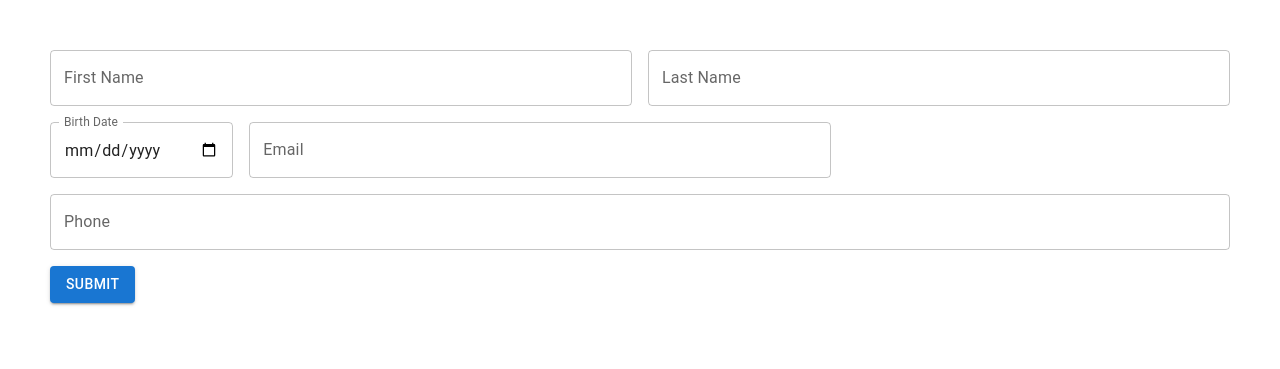
Repository: lenx0/front-client-manager
Page: /
The author's editor kept a copy of each file at every save. The page is drawn from the files as they stood at one save, then again after the next save.
The browser window is 1280 px wide. The pictures show the whole page.
The project was rebuilt for these pictures with package versions that can differ from the ones it lists, and the page was loaded fresh each time. Also part of the build but not shown: vite.config.js, src/App.css.

Above is the page before, as saved 2024-06-25 11:29:45.

### index.html
<!doctype html>
<html lang="en">
  <head>
    <meta charset="UTF-8" />
    <meta name="viewport" content="width=device-width, initial-scale=1.0" />
    <title>Client Manager</title>
  </head>
  <body>
    <div id="root"></div>
    <script type="module" src="/src/main.jsx"></script>
  </body>
</html>

### src/App.jsx
import { Box } from '@mui/material'
import './App.css'
import UserForm from './components/UserForm'

function App() {

  return (
    <Box sx={{ padding: '50px' }}>
      <UserForm />
    </Box>
  )
}

export default App

### src/components/UserForm.jsx
import React from 'react';
import { useForm } from 'react-hook-form';
import CustomInput from './CustomInput';
import { Button, Grid } from '@mui/material';
import axios from 'axios';

const UserForm = () => {
  const { handleSubmit, control, reset } = useForm();

  const onSubmit = async (data) => {
    try {
      const response = await axios.post('http://localhost:3100/v1/users/create', data);
      console.log('Dados enviados com sucesso:', response.data);
      reset();
    } catch (error) {
      console.error('Erro ao enviar dados:', error);
    }
  };

  return (
    <Grid>

    <form onSubmit={handleSubmit(onSubmit)}>
      <Grid container spacing={2}>
        <Grid item xs={6}>
          <CustomInput
            name="firstName"
            control={control}
            label="First Name"
            rules={{ required: 'First name is required' }}
          />
        </Grid>
        <Grid item xs={6}>
          <CustomInput
            name="lastName"
            control={control}
            label="Last Name"
            rules={{ required: 'Last name is required' }}
          />
        </Grid>
        <Grid item xs={2}>
          <CustomInput
            name="birthDate"
            control={control}
            label="Birth Date"
            placeHolder="none"
            type="date"
            rules={{ required: 'Birth date is required' }}
            defaultValue=""
          />
        </Grid>
        <Grid item xs={6}>
          <CustomInput
            name="email"
            control={control}
            label="Email"
            type="email"
            rules={{
              required: 'Email is required',
              pattern: {
                value: /^[a-zA-Z0-9_.+-]+@[a-zA-Z0-9-]+\.[a-zA-Z0-9-.]+$/,
                message: 'Enter a valid email address',
              },
            }}
          />
        </Grid>
        <Grid item xs={12}>
          <CustomInput
            name="phone"
            control={control}
            label="Phone"
            rules={{ required: 'Phone number is required' }}
          />
        </Grid>
        <Grid item xs={12}>
          <Button type="submit" variant="contained" color="primary">
            Submit
          </Button>
        </Grid>
      </Grid>
    </form>
    </Grid>
  );
};

export default UserForm;

### src/components/CustomInput.jsx
import React from 'react';
import { Controller } from 'react-hook-form';
import TextField from '@mui/material/TextField';

const CustomInput = ({ name, control, label, type = 'text', rules, defaultValue = '' }) => {
  return (
    <Controller
      name={name}
      control={control}
      defaultValue={defaultValue}
      rules={rules}
      render={({ field, fieldState: { error } }) => (
        <TextField
          {...field}
          label={label}
          type={type}
          error={!!error}
          helperText={error ? error.message : null}
          variant="outlined"
          InputLabelProps={type === 'date' ? { shrink: true } : {}}
          fullWidth
        />
      )}
    />
  );
};

export default CustomInput;

Loaded but not shown: src/main.jsx (common file); src/index.css (common file)

After the next save:
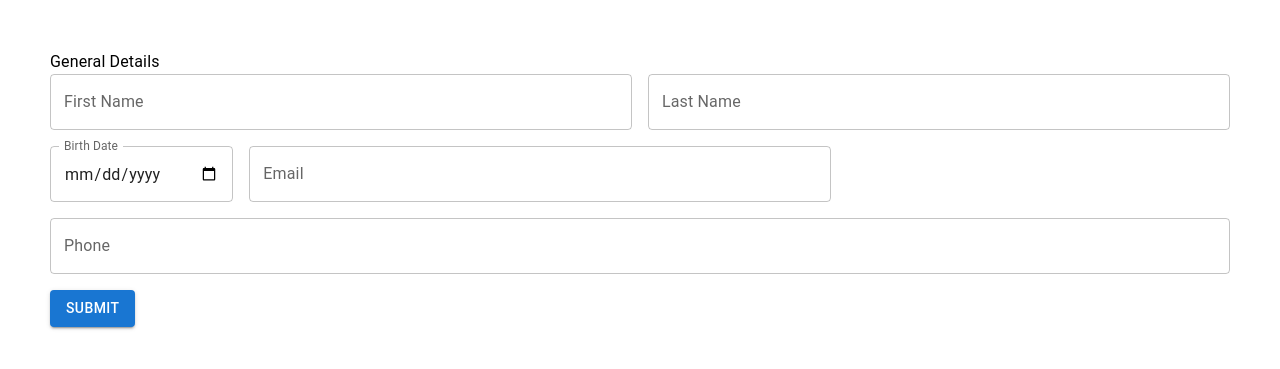
Saved 17 s later.
--- a/src/components/UserForm.jsx
+++ b/src/components/UserForm.jsx
@@ -1,7 +1,7 @@
 import React from 'react';
 import { useForm } from 'react-hook-form';
 import CustomInput from './CustomInput';
-import { Button, Grid } from '@mui/material';
+import { Button, Grid, Typography } from '@mui/material';
 import axios from 'axios';
 
 const UserForm = () => {
@@ -19,7 +19,9 @@ const UserForm = () => {
 
   return (
     <Grid>
-
+      <Typography>
+        General Details
+      </Typography>
     <form onSubmit={handleSubmit(onSubmit)}>
       <Grid container spacing={2}>
         <Grid item xs={6}>
